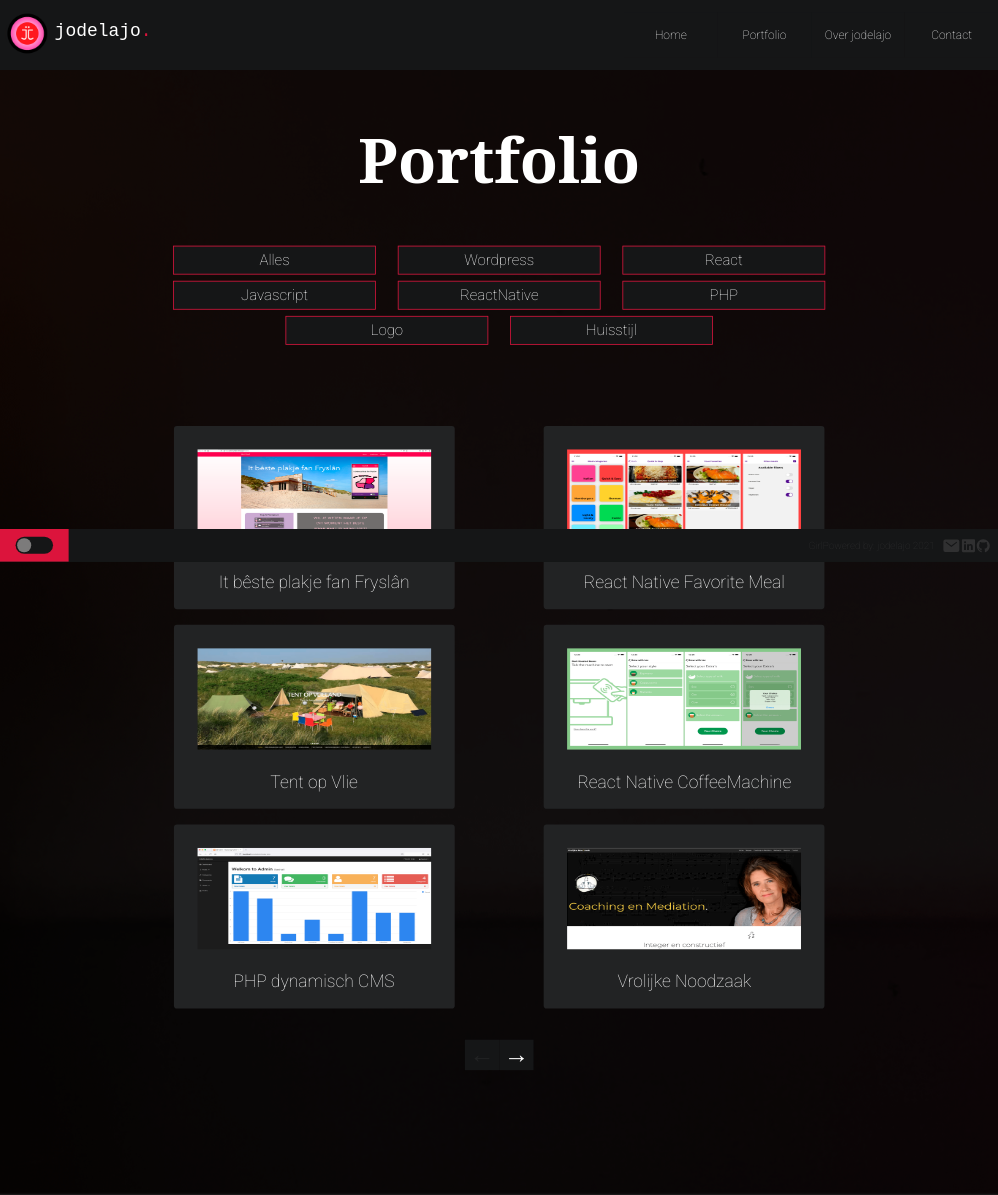
Repository: jodelajo/react-jodelajo
Page: /portfolioscreen
These files come from the project's save history. The page is drawn as it stood at one moment and after the next save; the edit follows.
The browser window is 1280 px wide. The pictures show the whole page, at 78% of full size.
Backgrounds fixed to the window are drawn as part of the page. The project was rebuilt for these pictures with package versions that can differ from the ones it lists, and the page was loaded fresh each time. Also part of the build but not shown: src/pages/landing/Landing.module.css, src/components/neon/Neon.js, src/components/landingButton/LandingButton.js, src/pages/landing/Landing.js, src/pages/home/Home.js, src/pages/singlePortfolio/SinglePortfolio.module.css, src/components/characteristics/Characteristics.js, src/pages/singlePortfolio/SinglePortfolio.js and 4 more.

Above is the page before, as saved 2021-11-12 19:16:29.

After the next save:
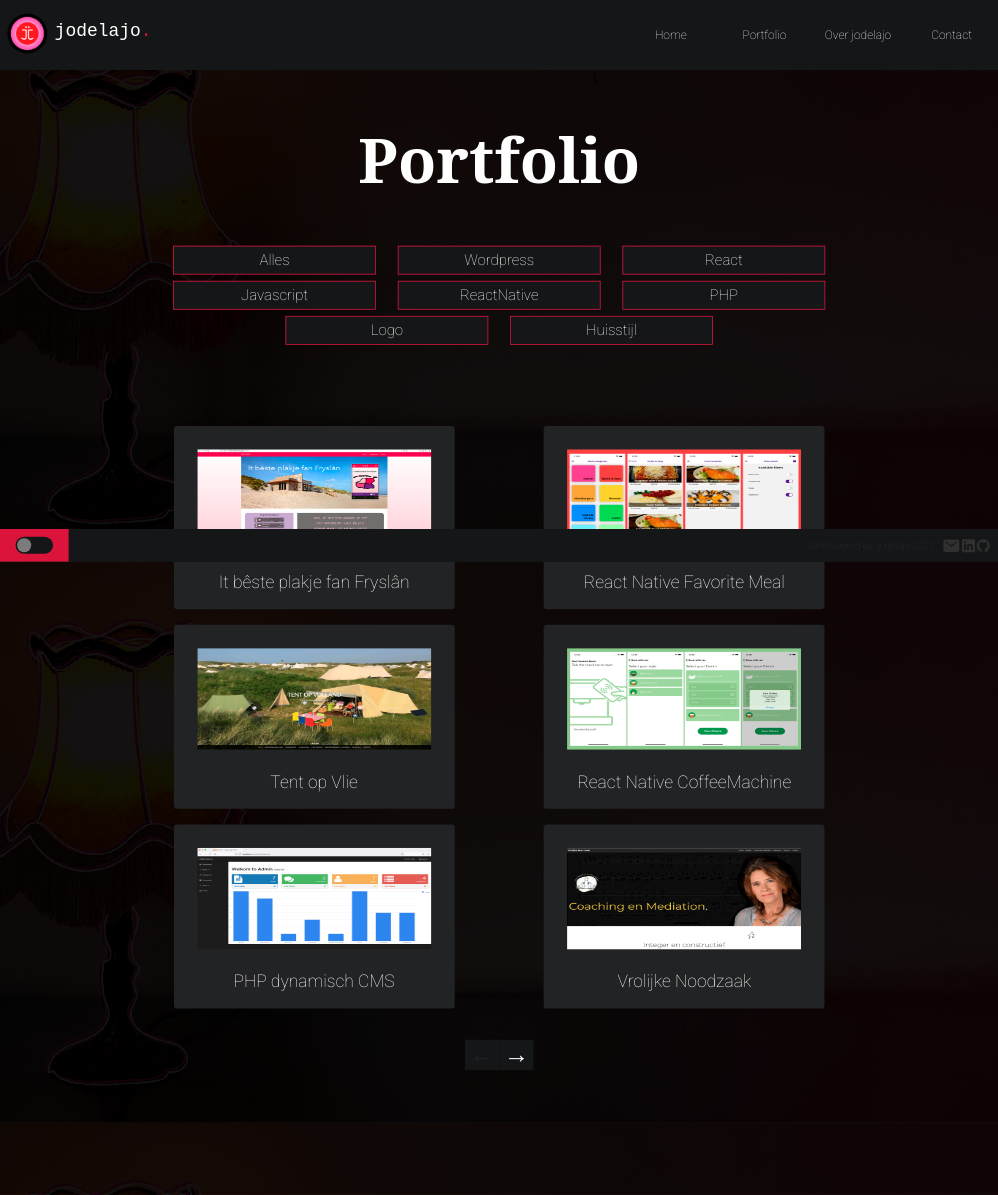
Saved 4 min 29 s later.
--- a/src/theme.css
+++ b/src/theme.css
@@ -13,6 +13,7 @@
   background-repeat: no-repeat;
   background-position: center center;
   min-height: 100vh;
+  background-attachment: fixed;
 }
 
 .light {
